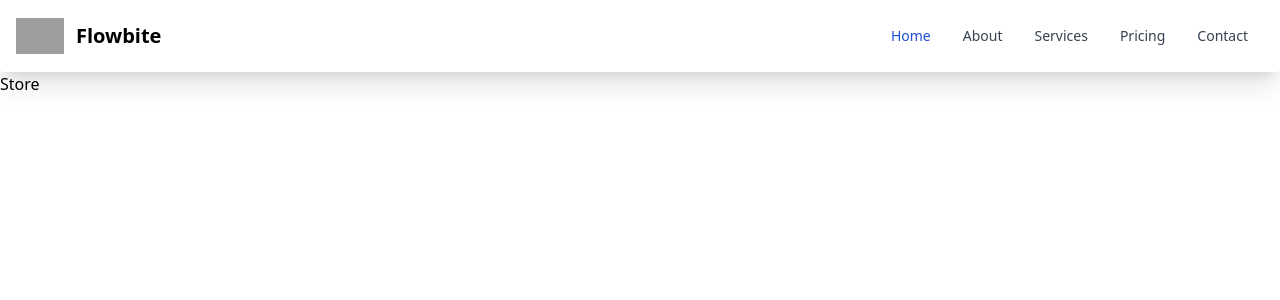
Repository: ducanhaep/react-ts-shopping-cart
Page: /store
The author's editor kept a copy of each file at every save. The page is drawn from the files as they stood at one save, then again after the next save.
The browser window is 1280 px wide. The pictures show the whole page.
Pictures or frames that could not be fetched are drawn as grey boxes. The project was rebuilt for these pictures with package versions that can differ from the ones it lists, and the page was loaded fresh each time. Also part of the build but not shown: vite.config.ts, src/pages/About.js, src/pages/Home.js.

Above is the page before, as saved 2023-01-11 17:03:14.

After the next save:
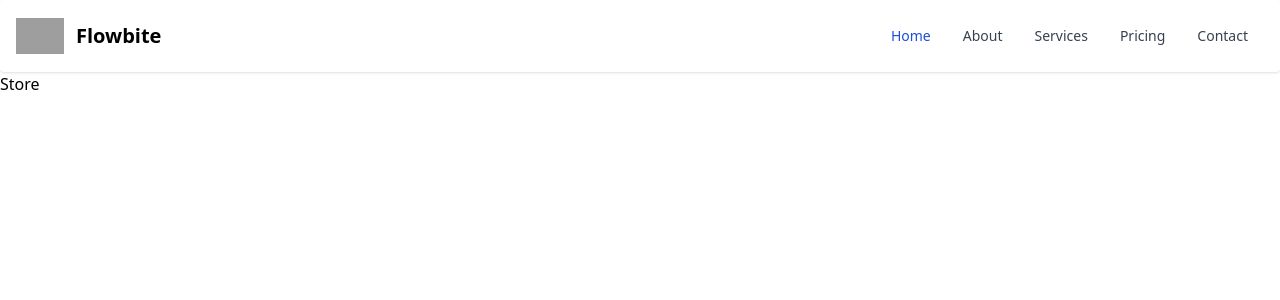
Saved 12 s later.
--- a/src/components/Navbar.tsx
+++ b/src/components/Navbar.tsx
@@ -1,7 +1,7 @@
 export function Navbar() {
   return (
     <div className="container">
-      <nav className="bg-white border-gray-200 px-2 sm:px-4 py-2.5 rounded dark:bg-gray-900 shadow-xl">
+      <nav className="bg-white border-gray-200 px-2 sm:px-4 py-2.5 rounded dark:bg-gray-900 shadow">
         <div className="container flex flex-wrap items-center justify-between mx-auto">
           <a href="https://flowbite.com/" className="flex items-center">
             <img
